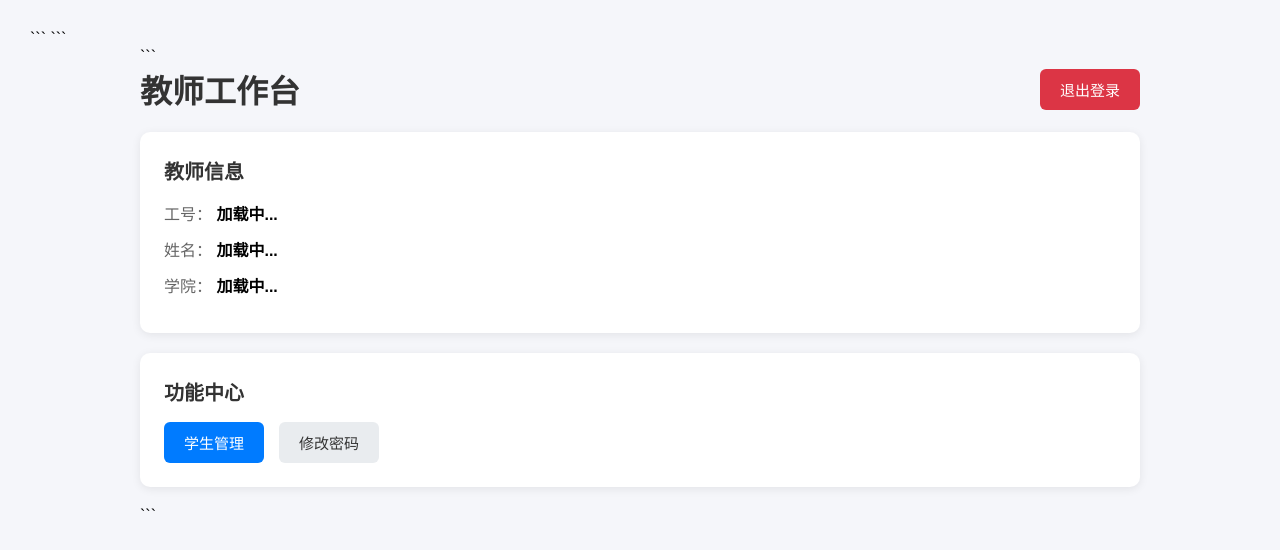
Repository: Nikawali/StudentManage
Page: src/main/webapp/teacherHome.html
An editor plug-in stored every save of this project. The page is shown before and after the next save, followed by the edit.
The browser window is 1280 px wide. The pictures show the whole page.
The page's requests for data from a server got no answer.

Above is the page before, as saved 2026-06-06 19:20:20.
Console error: TypeError: "" is not a function

After the next save:
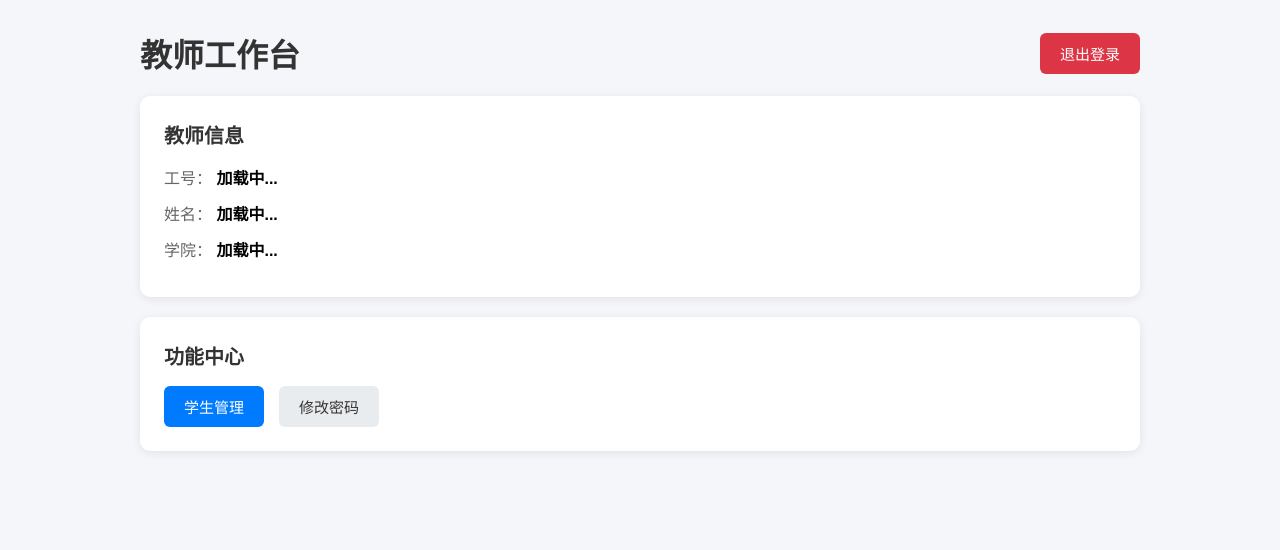
The error is gone.
Saved 54 s later.
--- a/src/main/webapp/teacherHome.html
+++ b/src/main/webapp/teacherHome.html
@@ -4,7 +4,7 @@
 
 <head>
 
-```
+
 <meta charset="UTF-8">
 
 <meta name="viewport"
@@ -14,7 +14,7 @@
 
 <link rel="stylesheet"
       href="home.css">
-```
+
 
 </head>
 
@@ -22,7 +22,7 @@
 
 <div class="container">
 
-```
+
 <div class="header">
 
     <h1>教师工作台</h1>
@@ -89,7 +89,7 @@
     </div>
 
 </div>
-```
+
 
 </div>
 
@@ -102,7 +102,7 @@ url,
 options = {}
 ){
 
-```
+
 options.headers = {
 
     ...(options.headers || {}),
@@ -117,23 +117,23 @@ return fetch(
     url,
     options
 );
-```
+
 
 }
 
 window.onload = function(){
 
-```
+
 loadTeacherInfo();
 
 bindEvent();
-```
+
 
 };
 
 function loadTeacherInfo(){
 
-```
+
 authFetch(
     BASE_URL +
     "?action=getCurrentUser"
@@ -184,13 +184,13 @@ authFetch(
         "获取教师信息失败"
     );
 });
-```
+
 
 }
 
 function bindEvent(){
 
-```
+
 document
     .getElementById(
         "studentManageBtn"
@@ -212,7 +212,7 @@ document
         location.href =
             "login.html";
     };
-```
+
 
 }
 
